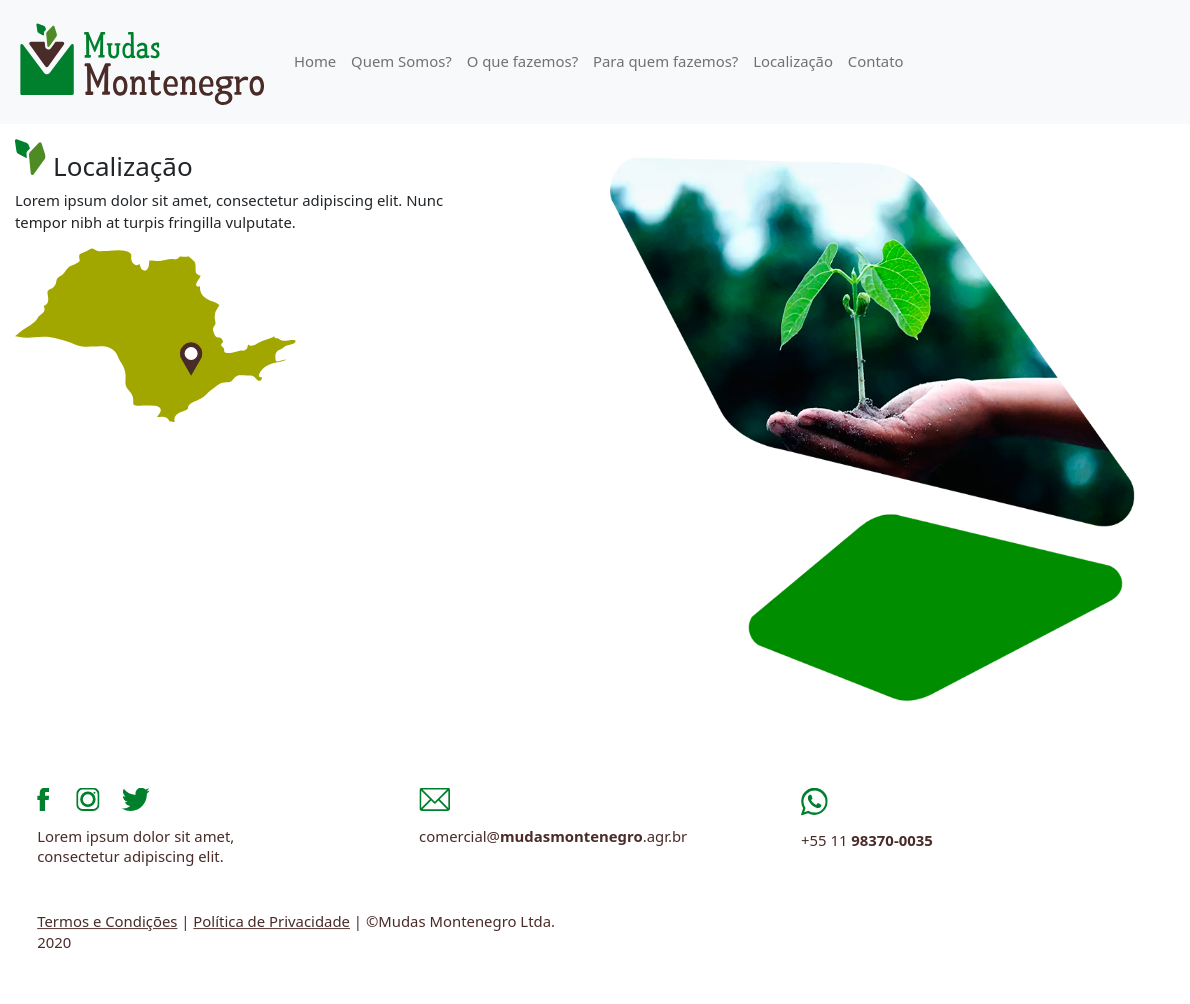
Repository: MaKnok/mudas-montenegro
Page: localizacao.html
The author's editor kept a copy of each file at every save. The page is drawn from the files as they stood at one save, then again after the next save.
The browser window is 1280 px wide. The pictures show the whole page, at 93% of full size.
Some web libraries are served in a nearby version.

Above is the page before, as saved 2021-06-17 09:46:16.

### localizacao.html
<!DOCTYPE html>
<html lang="pt-br">

<head>

    <meta charset="utf-8">
    <meta name="viewport" content="width=device-width, initial-scale=1">
    <link rel="icon" type="image/png" href="img/icons/favicon.png"/>
    <title>Mudas Montenegro</title>
    <link href="https://cdn.jsdelivr.net/npm/bootstrap@5.0.1/dist/css/bootstrap.min.css" rel="stylesheet" integrity="sha384-+0n0xVW2eSR5OomGNYDnhzAbDsOXxcvSN1TPprVMTNDbiYZCxYbOOl7+AMvyTG2x" crossorigin="anonymous">
    <script src="https://use.fontawesome.com/releases/v5.0.8/js/all.js"></script>
    <link href="style.css" rel="stylesheet">

</head>

<body>

<!-- Navigation -->
<nav class="navbar navbar-expand-md navbar-light bg-light sticky-top">

  <div class="container-fluid">

    <a class="navbar-brand logo" href="index.html"><img src="img/logo_mudas_mont.svg" alt="Mudas Montenegro"></a>

    <button class="navbar-toggler" type="button" data-toggle="collapse" data-target="#navbarResponsive">
        <span class="navbar-toggler-icon"></span>
    </button>

     <div class="collapse navbar-collapse" id="navbarResponsive">
       <ul class="navbar-nav ml-auto">
            <li class="nav-item active">
              <a class="nav-link" href="index.html">Home</a>
          </li>
            <li class="nav-item">
              <a class="nav-link" href="quem-somos.html">Quem Somos?</a>
            </li>
            <li class="nav-item">
              <a class="nav-link" href="o-que-fazemos.html">O que fazemos?</a>
            </li>
            <li class="nav-item">
              <a class="nav-link" href="para-quem-fazemos.html">Para quem fazemos?</a>
            </li>
            <li class="nav-item">
              <a class="nav-link" href="localizacao.html">Localização</a>
            </li>
            <li class="nav-item">
              <a class="nav-link" href="contato.html">Contato</a>
            </li>
        </ul>
    </div>


  </div>

</nav>

<!--- Image Top -->

<div class="container-fluid">

  <div class="row jumbotron section-top">

    <div class="col-xs-12 col-sm-12 col-md-4 col-lg-4 col-xl-5 content-top">

      <h3 class="page-title">Localização</h3>

      <p>
        Lorem ipsum dolor sit amet, consectetur adipiscing elit. Nunc tempor nibh at turpis fringilla vulputate.
      </p>

      <div class="image-illustration">
        <img src="img/location_temp.svg" alt="Vida urbana">
      </div>

    </div>

    <div class="col-xs-12 col-sm-12 col-md-8 col-lg-8 col-xl-7 image-top">
      <img src="img/leaves_desktop_img.webp" class="img-fluid" alt="Muda">
    </div>

  </div>

</div>

<!--- Footer -->
<footer>

  <div class="container-fluid padding">

    <div class="row text-left">

      <div class="col-md-4">

        <ul class="social-icons">
            <li class="social-icon social-icon_first"><a href="#"><img src="img/icons/facebook.svg"></a></li>
            <li class="social-icon social-icon_second"><a href="#"><img src="img/icons/instagram.svg"></a></li>
            <li class="social-icon social-icon_third"><a href="#"><img src="img/icons/twitter.svg"></a></li>
        </ul>
        <p>Lorem ipsum dolor sit amet, <br/>consectetur adipiscing elit.</p>

      </div>

      <div class="col-md-4">

        <img src="img/icons/mail.svg" class="contact-icon">
        <p>comercial@<span class="phrase-bold">mudasmontenegro</span>.agr.br</p>

      </div>

      <div class="col-md-4">

        <img src="img/icons/whatsapp.svg" class="contact-icon contact-icon-zap">
        <p>+55 11 <span class="phrase-bold">98370-0035</span></p>

      </div>

    </div>

    <div class="row text-left">
        <div class="col-md-6">
          <p class="terms-conditions"><a href="#">Termos e Condições</a> | <a href="#">Política de Privacidade</a> | ©Mudas Montenegro Ltda. 2020 </p>
        </div>
    </div>

  </div>

</footer>

<script src="https://cdn.jsdelivr.net/npm/bootstrap@5.0.1/dist/js/bootstrap.bundle.min.js" integrity="sha384-gtEjrD/SeCtmISkJkNUaaKMoLD0//ElJ19smozuHV6z3Iehds+3Ulb9Bn9Plx0x4" crossorigin="anonymous"></script>

</body>
</html>

### style.css
@import url("https://fonts.googleapis.com/css2?family=Fira+Sans:ital,wght@0,200;0,300;0,400;0,500;0,600;0,700;1,200;1,300;1,400;1,500;1,600;1,700&display=swap");

/*---Media Queries --*/

html {
  -webkit-box-sizing: border-box;
  -moz-box-sizing: border-box;
  box-sizing: border-box;
}

*,
*:before,
*:after {
  -webkit-box-sizing: border-box;
  -moz-box-sizing: border-box;
  box-sizing: inherit;
}

@media (min-width: 992px) {
  .leaves-home {
    width: 250px;
    margin-bottom: 20px;
  }

  .logo {
    width: 280px;
  }

  .phrase-home {
    font-size: 35px;
    line-height: 45px;
  }

  .carousel-caption {
    width: 550px;
    z-index: 10;
    color: #fff;
    text-align: left;
    top: 40%;
    left: 10%;
    bottom: auto;
    -webkit-transform: translate(0, -50%);
    -ms-transform: translate(0, -50%);
    transform: translate(0, -50%);
  }
}

@media (max-width: 991.98px) {
  .leaves-home {
    width: 190px;
    margin-bottom: 15px;
  }

  .logo {
    width: 220px;
  }

  .phrase-home {
    font-size: 30px;
    line-height: 40px;
  }

  .carousel-caption {
    width: 400px;
    z-index: 10;
    color: #fff;
    text-align: left;
    top: 35%;
    left: 10%;
    bottom: auto;
    -webkit-transform: translate(0, -50%);
    -ms-transform: translate(0, -50%);
    transform: translate(0, -50%);
  }
}

@media (max-width: 767.98px) {
  .carousel-caption {
    width: 400px;
    z-index: 10;
    color: #fff;
    text-align: left;
    top: 35%;
    left: 10%;
    bottom: auto;
    -webkit-transform: translate(0, -50%);
    -ms-transform: translate(0, -50%);
    transform: translate(0, -50%);
  }

  .leaves-home {
    width: 190px;
    margin-bottom: 20px;
  }

  .logo {
    width: 220px;
  }

  .pandemia {
    display: flex;
  }

  .pandemia > .content-2 {
    order: -1;
  }

  .phrase-home {
    font-size: 25px;
    line-height: 35px;
  }

  .section-top {
    display: flex;
  }

  .section-top > .image-top {
    order: -1;
  }
}

@media (max-width: 575.98px) {
  .carousel-caption {
    width: 200px;
    z-index: 10;
    color: #fff;
    text-align: left;
    top: 50%;
    left: 8%;
    bottom: auto;
    -webkit-transform: translate(0, -50%);
    -ms-transform: translate(0, -50%);
    transform: translate(0, -50%);
  }

  .leaves-home {
    width: 130px;
    margin-bottom: 10px;
  }

  .logo {
    width: 180px;
  }

  .phrase-home {
    font-size: 16px;
    line-height: 24px;
  }
}

/*---Firefox Bug Fix --*/
.carousel-item {
  transition: -webkit-transform 0.5s ease;
  transition: transform 0.5s ease;
  transition: transform 0.5s ease, -webkit-transform 0.5s ease;
  -webkit-backface-visibility: visible;
  backface-visibility: visible;
  background-color: #000;
}

/*--- Fixed Background Image --*/
figure {
  position: relative;
  width: 100%;
  height: 60%;
  margin: 0 !important;
}

footer {
  background-color: #fff;
  color: #492b28;
  line-height: 22px;
  padding: 1.5rem;
}

ul,
ol,
li {
  list-style: none;
}

ul {
  padding-inline-start: 0;
}

.fixed-wrap {
  clip: rect(0, auto, auto, 0);
  position: absolute;
  top: 0;
  left: 0;
  width: 100%;
  height: 100%;
}

#fixed {
  background-image: url("img/mac.png");
  position: fixed;
  display: block;
  top: 0;
  left: 0;
  width: 100%;
  height: 100%;
  background-size: cover;
  background-position: center center;
  -webkit-transform: translateZ(0);
  transform: translateZ(0);
  will-change: transform;
}
/*--- Bootstrap Padding Fix --*/
[class*="col-"] {
  padding: 1rem;
}

.carousel-caption {
  text-align: left;
}

.contact-icon {
  margin-bottom: 16px;
}

.page-title {
  font-weight: ;
}

.page-title::before {
  content: "";
  display: inline-block;
  background-image: url(img/icons/leaves.svg);
  background-size: 33px 40px;
  width: 33px;
  height: 40px;
  margin-right: 8px;
}

.phrase-home {
  font-family: "Fira Sans", sans-serif;
}

.phrase-bold {
  font-weight: 600;
}

.picture-home {
  opacity: 0.7;
}

.section-top {
  background-color: #fff;
}

.social-icons {
  text-align: left;
}

.social-icon:not(:first-child) {
  margin-left: 20px;
}

.social-icon:first-child {
  margin-right: 5px;
}

.social-icon {
  display: inline-block;
}

.social-icon > a > img,
.contact-icon {
  height: 25px;
}

.contact-icon-zap {
  height: 30px;
}

.terms-conditions a {
  color: #492b28;
}

.wrapper {
  padding: 0 2em;
}

/*
Extra small (xs) devices (portrait phones, less than 576px)
No media query since this is the default in Bootstrap

Small (sm) devices (landscape phones, 576px and up)
@media (min-width: 576px) { ... }

Medium (md) devices (tablets, 768px and up)
@media (min-width: 768px) { ... }

Large (lg) devices (desktops, 992px and up)
@media (min-width: 992px) { ... }

Extra (xl) large devices (large desktops, 1200px and up)
@media (min-width: 1200px) { ... }
*/

After the next save:
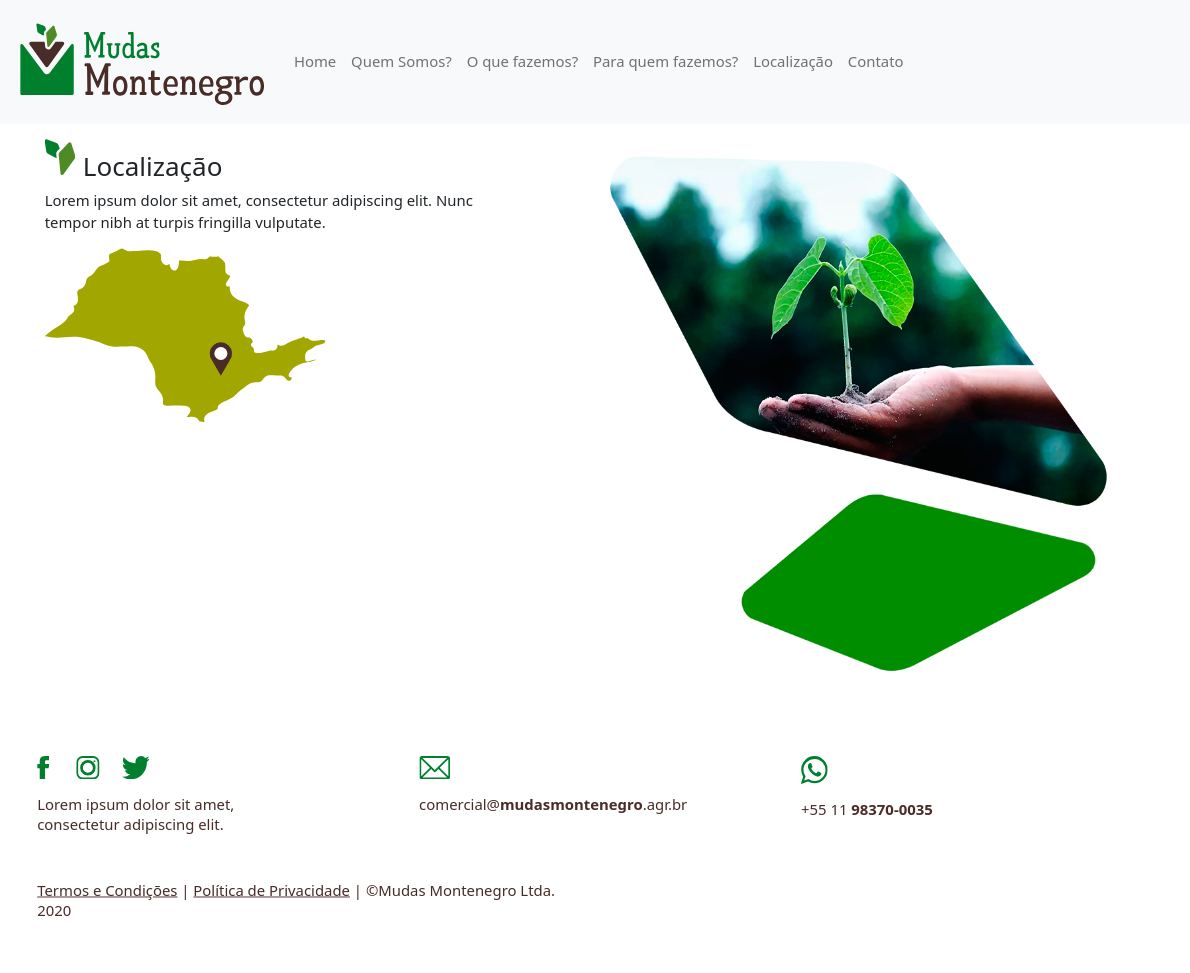
Saved 83 s later.
--- a/localizacao.html
+++ b/localizacao.html
@@ -55,32 +55,34 @@
 </nav>
 
 <!--- Image Top -->
+<div class="wrapper">
+  <div class="container-fluid">
 
-<div class="container-fluid">
+    <div class="row jumbotron section-top">
 
-  <div class="row jumbotron section-top">
+      <div class="col-xs-12 col-sm-12 col-md-4 col-lg-4 col-xl-5 content-top">
 
-    <div class="col-xs-12 col-sm-12 col-md-4 col-lg-4 col-xl-5 content-top">
+        <h3 class="page-title">Localização</h3>
 
-      <h3 class="page-title">Localização</h3>
+        <p>
+          Lorem ipsum dolor sit amet, consectetur adipiscing elit. Nunc tempor nibh at turpis fringilla vulputate.
+        </p>
 
-      <p>
-        Lorem ipsum dolor sit amet, consectetur adipiscing elit. Nunc tempor nibh at turpis fringilla vulputate.
-      </p>
+        <div class="image-illustration">
+          <img src="img/location_temp.svg" alt="Vida urbana">
+        </div>
 
-      <div class="image-illustration">
-        <img src="img/location_temp.svg" alt="Vida urbana">
+      </div>
+
+      <div class="col-xs-12 col-sm-12 col-md-8 col-lg-8 col-xl-7 image-top">
+        <img src="img/leaves_desktop_img.webp" class="img-fluid" alt="Muda">
       </div>
 
     </div>
 
-    <div class="col-xs-12 col-sm-12 col-md-8 col-lg-8 col-xl-7 image-top">
-      <img src="img/leaves_desktop_img.webp" class="img-fluid" alt="Muda">
-    </div>
+  </div>
+</div>
 
-  </div>
-
-</div>
 
 <!--- Footer -->
 <footer>
